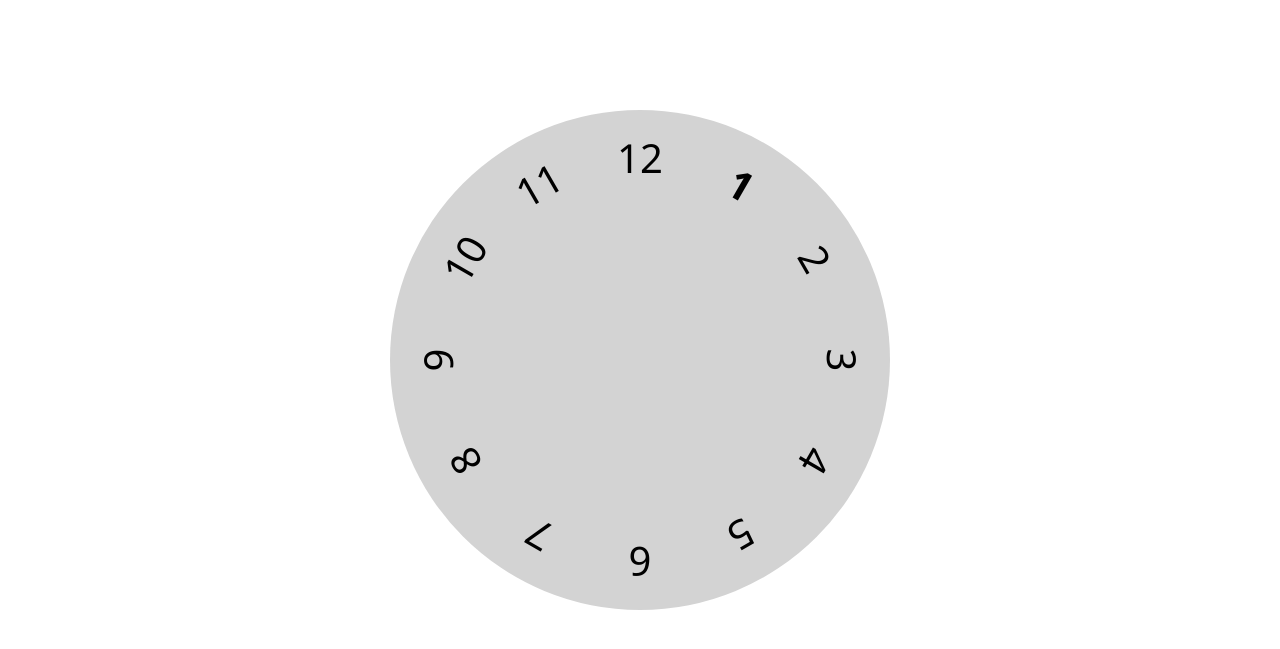
Repository: Suryansh-D/Cool-Clock
Page: index.html
An editor plug-in stored every save of this project. The page is shown before and after a run of saves, followed by the edit.
The browser window is 1280 px wide. The pictures show the whole page.

Above is the page before, as saved 2024-01-30 15:30:45.

### index.html
<!DOCTYPE html>
<html>
<head>
    <title>Schedule Clock</title>
    <link rel="stylesheet" href="style.css">
</head>
<body>
    <div class="clock">
        <div class="number" style="--n:1"><b>1</b></div>
        <div class="number" style="--n:2">2</div>
        <div class="number" style="--n:3">3</div>
        <div class="number" style="--n:4">4</div>
        <div class="number" style="--n:5">5</div>
        <div class="number" style="--n:6">6</div>
        <div class="number" style="--n:7">7</div>
        <div class="number" style="--n:8">8</div>
        <div class="number" style="--n:9">9</div>
        <div class="number" style="--n:10">10</div>
        <div class="number" style="--n:11">11</div>
        <div class="number" style="--n:12">12</div>
    </div>
      </div><script src="script.js"></script>
</body>
</html>

### style.css
*{
    margin: 0;
    padding: 0;
    box-sizing: border-box;
    font-family: 'Segoe UI', Tahoma, Geneva, Verdana, sans-serif;
}

body{
    display: flex;
    justify-content: center;
    align-items: center;
    height: 100vh;
}
.clock{
    width: 500px;
    height: 500px;
    position: relative;
    background-color: lightgray;
    border-radius: 50%;
    display: flex;
    justify-content: center;
    align-items: center;
}
.number{
    transform: rotate(calc(30deg * var(--n)));
    position: absolute;
    text-align: center;
    inset: 20px;
    font-size: 40px;
}

Loaded but not shown: script.js (empty)

After the next 8 saves:
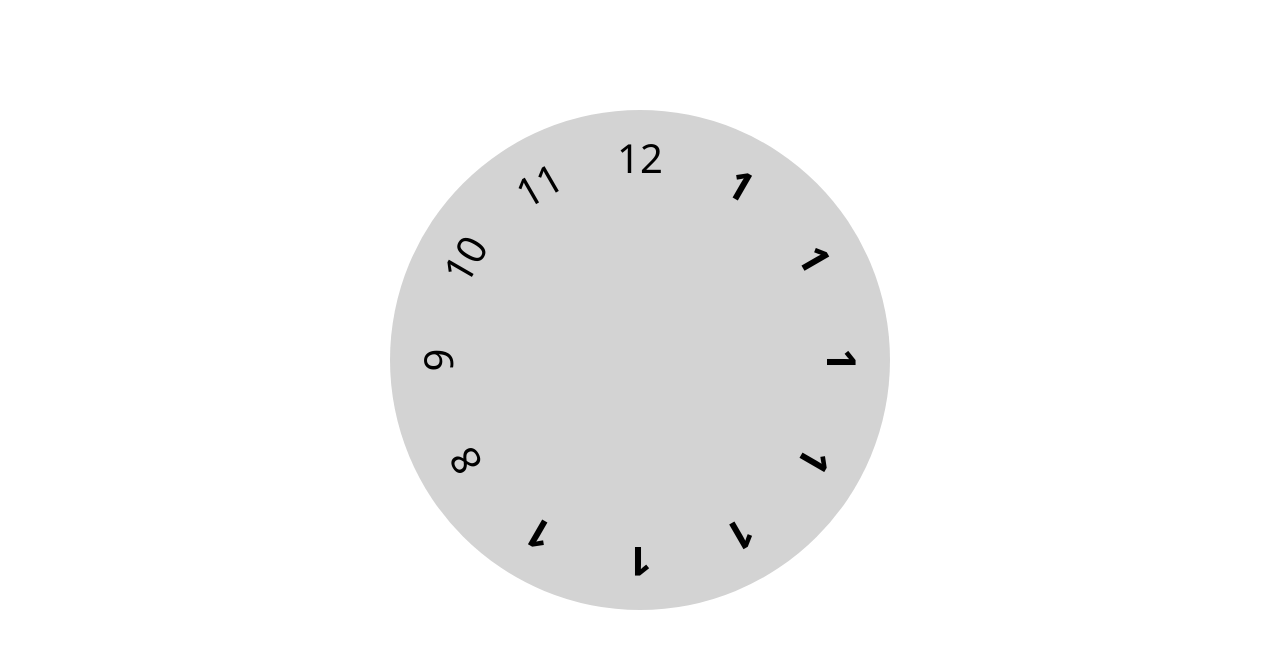
The 8 saves are shown as one change because they came seconds apart.
The last was saved 27 s later.
--- a/index.html
+++ b/index.html
@@ -7,12 +7,12 @@
 <body>
     <div class="clock">
         <div class="number" style="--n:1"><b>1</b></div>
-        <div class="number" style="--n:2">2</div>
-        <div class="number" style="--n:3">3</div>
-        <div class="number" style="--n:4">4</div>
-        <div class="number" style="--n:5">5</div>
-        <div class="number" style="--n:6">6</div>
-        <div class="number" style="--n:7">7</div>
+        <div class="number" style="--n:2"><b>1</b></div>
+        <div class="number" style="--n:3"><b>1</b></div>
+        <div class="number" style="--n:4"><b>1</b></div>
+        <div class="number" style="--n:5"><b>1</b></div>
+        <div class="number" style="--n:6"><b>1</b></div>
+        <div class="number" style="--n:7"><b>1</b></div>
         <div class="number" style="--n:8">8</div>
         <div class="number" style="--n:9">9</div>
         <div class="number" style="--n:10">10</div>
